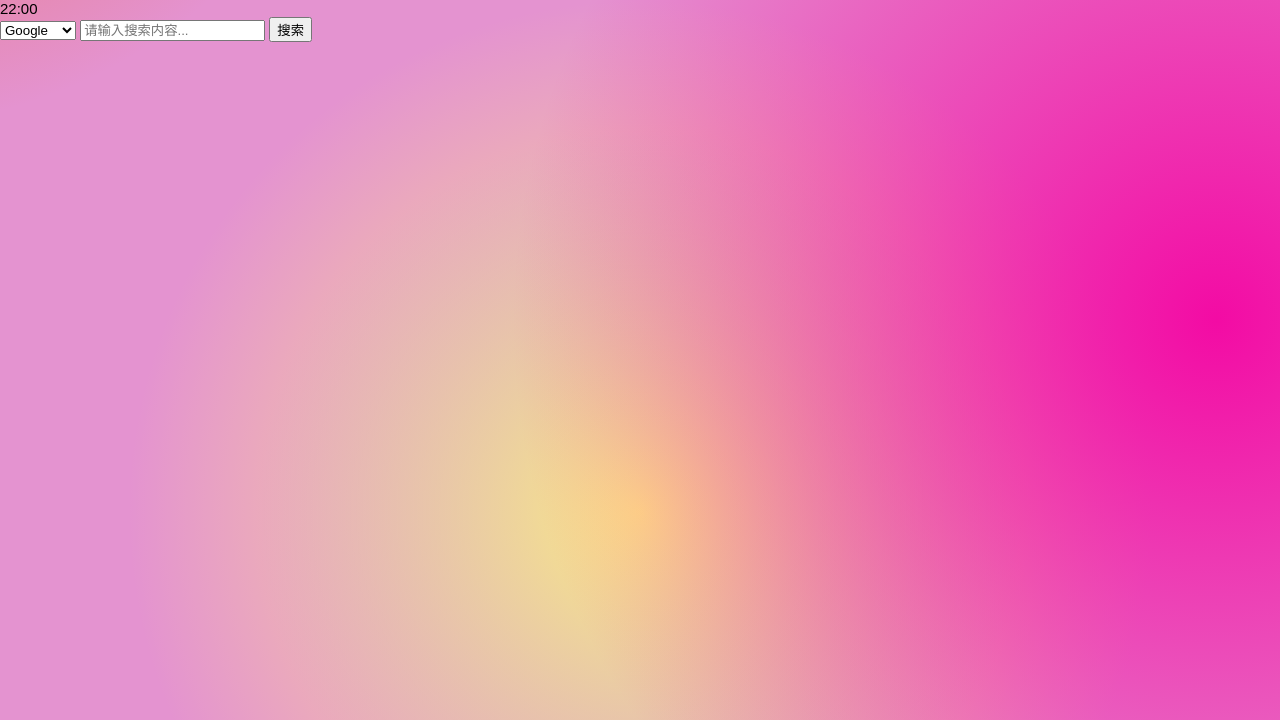
Repository: RADEKWRLD/NaviR
Page: index.html
The author's editor kept a copy of each file at every save. The page is drawn from the files as they stood at one save, then again after the next save.
The browser window is 1280 px wide. The pictures show the whole page.

Above is the page before, as saved 2025-05-23 22:14:35.

After the next save:
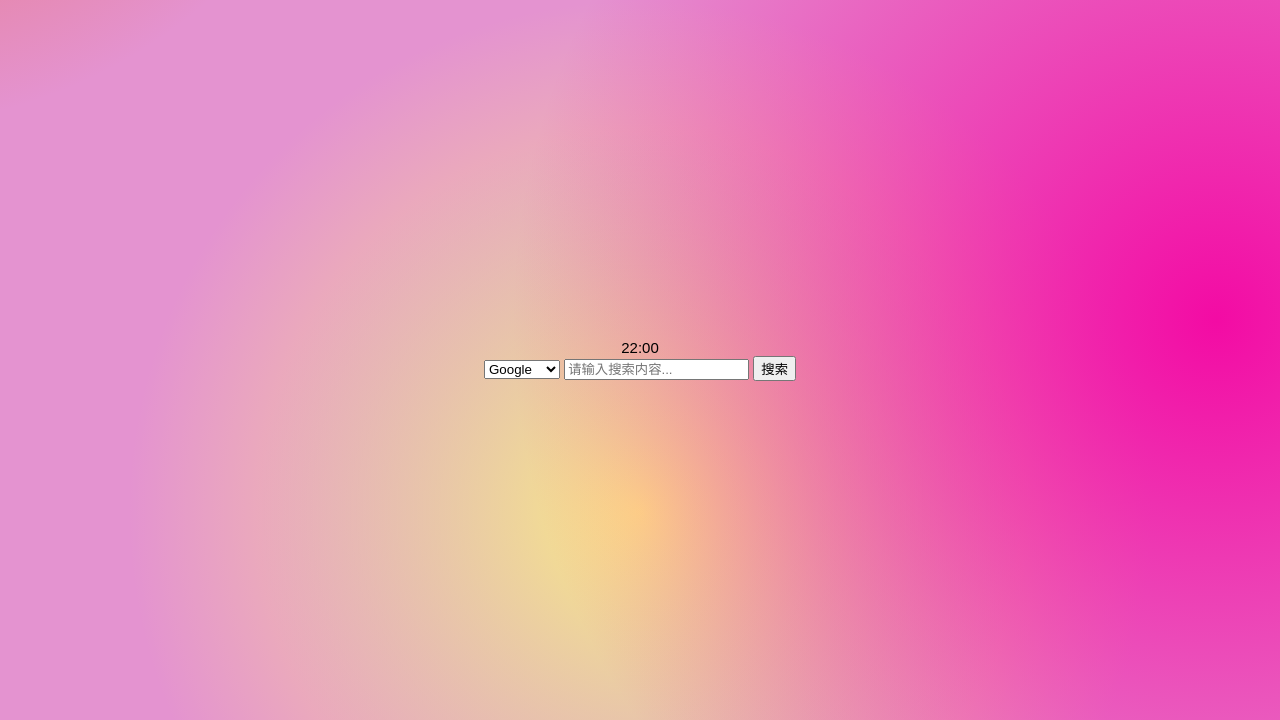
Saved 45 s later.
--- a/style.css
+++ b/style.css
@@ -88,3 +88,11 @@ body {
             40vmax 60vmax;
     }
 }
+
+#main{
+    display: flex;
+    flex-direction: column;
+    align-items: center;
+    justify-content: center;
+    height: 100vh;
+}
